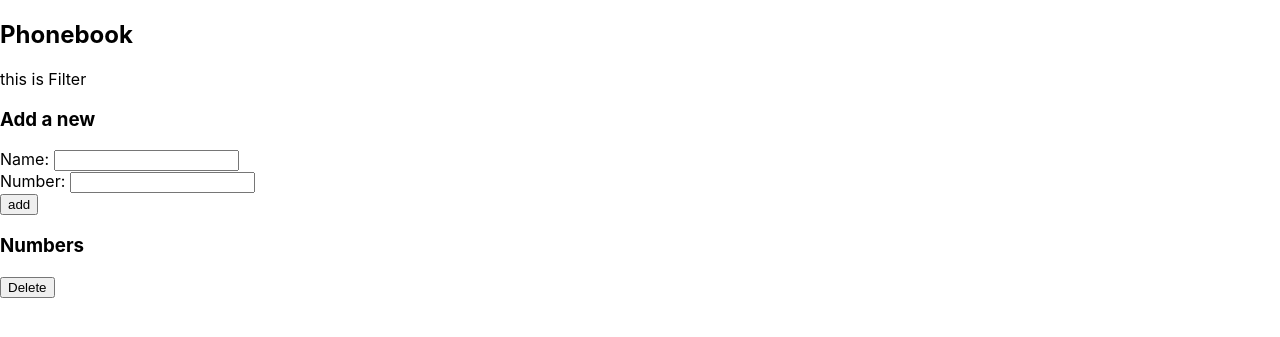
Repository: Hwenyi/full-stack-open
Page: / (app in part2/phonebook/)
The author's editor kept a copy of each file at every save. The page is drawn from the files as they stood at one save, then again after the next save.
The browser window is 1280 px wide. The pictures show the whole page.
The project was rebuilt for these pictures with package versions that can differ from the ones it lists, and the page was loaded fresh each time.

Above is the page before, as saved 2023-10-13 13:29:25.

### part2/phonebook/src/App.js
import PersonForm from './components/PersonForm'
import Persons from './components/Persons'
import Filter from './components/Filter'
import { useState } from 'react'

const App = () => {
  const [persons, setPersons] = useState([
    {name:null, number:null, id:null}
  ])
  const [newName, setNewName] = useState('') //newName用于控制input的value
  const [newNumber, setNewNumber] = useState('') //newNumber用于控制input的value

  const handleNameChange = (e) => {
    setNewName(e.target.value)
    console.log(e.target.value)
  }

  const handleNumberChange = (e) => {
    setNewNumber(e.target.value)
    console.log(e.target.value)
  }

  const handleAddPeron = (e) => {
    e.preventDefault()
    const uniqueId = 'user_' + Date.now()
    const newPerson = {
      name: newName,
      number: newNumber,
      id: uniqueId,
    }
    if (persons.some((person) => person.name === newName)) {
      alert(`${newName} is already added to the phonebook.`);
    } else {
      setPersons([...persons, newPerson]);
      setNewName('');
      setNewNumber('');
    }
    console.log(persons)
  }

  const handleDelete = (id) => {
    const updatedPersons = persons.filter((person) => person.id !== id);
    setPersons(updatedPersons);
  }

  return (
    <div>
      <h2>Phonebook</h2>
      <Filter/>
      <h3>Add a new</h3>
      <PersonForm
        newName={newName}
        newNumber={newNumber}
        handleAddPeron={handleAddPeron}
        handleNameChange={handleNameChange}
        handleNumberChange={handleNumberChange}
      />
      <h3>Numbers</h3>
      <Persons persons={persons} handleDelete={handleDelete}/>
    </div>
  )
}

export default App

### part2/phonebook/src/components/PersonForm.js
const PersonForm = ({
  newName,
  newNumber,
  handleAddPeron,
  handleNameChange,
  handleNumberChange
}) => {
  return(
    <div>
      <form onSubmit={handleAddPeron}>
        <div>
          <label>Name: </label>
          <input value={newName} onChange={handleNameChange}/>
        </div>
        <div>
          <label>Number: </label>
          <input value={newNumber} onChange={handleNumberChange}/>
        </div>
        <div>
          <button type="submit">add</button>
        </div>
      </form>
    </div>
  )
}

export default PersonForm

### part2/phonebook/src/components/Persons.js
import Person from "./Person"

const Persons = ({persons,handleDelete}) => {
  return persons.map(person => {
    return (
        <Person
        key={person.id}
        name={person.name}
        number={person.number}
        handleDelete={handleDelete}
        />
    )
  })
}

export default Persons

### part2/phonebook/src/components/Filter.js
const Filter = () => {
  return(
    <div>
      this is Filter
    </div>
  )
}

export default Filter

### part2/phonebook/src/components/Person.js
import React from 'react';

const Person = (person, handleDelete) => {
  return (
    <div>
      <p>
        {person.name} {person.number}
      </p>
        <button onClick={() => handleDelete(person.id)}>Delete</button>
    </div>
  );
}

export default Person;

Loaded but not shown: part2/phonebook/public/index.html (common file); part2/phonebook/src/index.js (common file); part2/phonebook/src/index.css (common file)

After the next save:
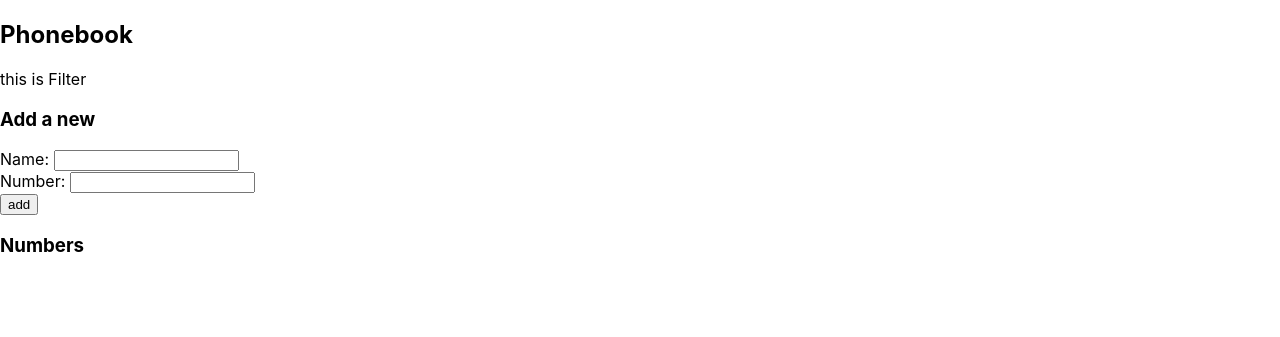
Saved 30 s later.
--- a/part2/phonebook/src/App.js
+++ b/part2/phonebook/src/App.js
@@ -5,7 +5,7 @@ import { useState } from 'react'
 
 const App = () => {
   const [persons, setPersons] = useState([
-    {name:null, number:null, id:null}
+
   ])
   const [newName, setNewName] = useState('') //newName用于控制input的value
   const [newNumber, setNewNumber] = useState('') //newNumber用于控制input的value
